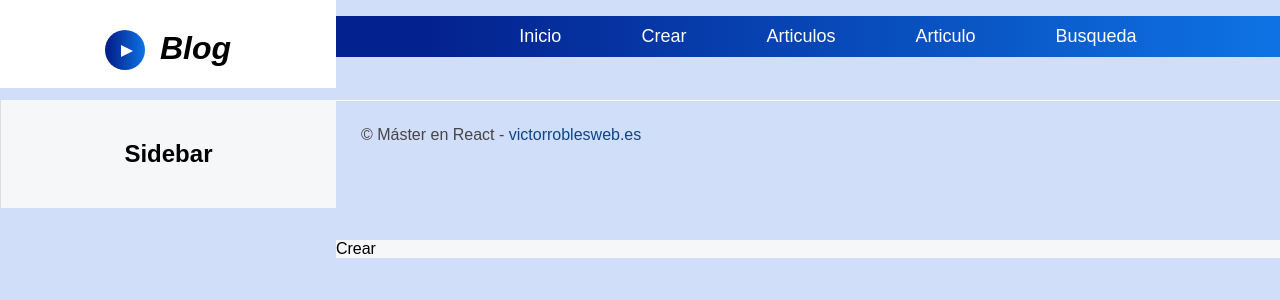
Repository: DamianBermudez94/frondEnd-blog
Page: /crear
An editor plug-in stored every save of this project. The page is shown before and after the next save, followed by the edit.
The browser window is 1280 px wide. The pictures show the whole page.
The project was rebuilt for these pictures with package versions that can differ from the ones it lists, and the page was loaded fresh each time. Also part of the build but not shown: vite.config.js, src/components/pages/Inicio.jsx, src/components/pages/Busqueda.jsx, src/components/pages/Articulos.jsx, src/components/pages/Articulo.jsx.

Above is the page before, as saved 2023-08-07 22:31:23.

### index.html
<!doctype html>
<html lang="es">
  <head>
    <meta charset="UTF-8" />
    <link rel="icon" type="image/svg+xml" href="/vite.svg" />
    <meta name="viewport" content="width=device-width, initial-scale=1.0" />
    <title>Proyecto-blog</title>
  </head>
  <body>
    <div id="root"></div>
    <script type="module" src="/src/main.jsx"></script>
  </body>
</html>

### src/main.jsx

import ReactDOM from 'react-dom/client'
import App from './App.jsx'
import './index.css'

ReactDOM.createRoot(document.getElementById('root')).render(

    <App />

)

### src/App.jsx
import { Rutas } from "./router/rutas"



function App() {


  return (
    <div className="layout">
      <Rutas></Rutas>
    </div>
  )
}

export default App

### src/index.css
/*:root {
  font-family: Inter, system-ui, Avenir, Helvetica, Arial, sans-serif;
  line-height: 1.5;
  font-weight: 400;

  color-scheme: light dark;
  color: rgba(255, 255, 255, 0.87);
  background-color: #242424;

  font-synthesis: none;
  text-rendering: optimizeLegibility;
  -webkit-font-smoothing: antialiased;
  -moz-osx-font-smoothing: grayscale;
  -webkit-text-size-adjust: 100%;
}

a {
  font-weight: 500;
  color: #646cff;
  text-decoration: inherit;
}
a:hover {
  color: #535bf2;
}

body {
  margin: 0;
  display: flex;
  place-items: center;
  min-width: 320px;
  min-height: 100vh;
}

h1 {
  font-size: 3.2em;
  line-height: 1.1;
}

button {
  border-radius: 8px;
  border: 1px solid transparent;
  padding: 0.6em 1.2em;
  font-size: 1em;
  font-weight: 500;
  font-family: inherit;
  background-color: #1a1a1a;
  cursor: pointer;
  transition: border-color 0.25s;
}
button:hover {
  border-color: #000bdb;
}
button:focus,
button:focus-visible {
  outline: 4px auto -webkit-focus-ring-color;
}

@media (prefers-color-scheme: light) {
  :root {
    color: #213547;
    background-color: #ffffff;
  }
  a:hover {
    color: #000dff;
  }
  button {
    background-color: #f9f9f9;
  }
}*/


/*ESTILOS GENERALES*/

body{
  background: #d1defa;
  font-family: sans-serif, Arial, Helvetica;
  text-align: center;
  padding: 0px;
  margin: 0px;
  box-sizing: border-box;


.layout{


  display: grid;
  grid-template-areas:
      "header header header header"
      "nav nav nav nav"
      "content content content lateral lateral"
      "footer footer footer footer"
  ;
  grid-template-rows: 100px 70px auto 70px;
}

/*ESTILOS CABECERA*/

.header{
  grid-area: header;

  background: white;
  text-align: left;
  font-style: italic;

  display: flex;
  justify-content: center;
}

.logo{
  background: linear-gradient(90deg, #03228f 10%, #0e73e4 100%);
  width: 40px;
  height: 40px;
  border-radius: 300px;
  margin-top: 30px;
}

.play{
  width: 0;
  height: 0;
  margin-top: 15px;
  margin-left: 16px;
  border-left: 12px solid white;
  border-top: 6px solid transparent;
  border-bottom: 6px solid transparent;
}

.header h1{
  margin-left: 15px;
  margin-top: 30px;
}

/*ESTILOS DE LA BARRA DE NAVEGACIÓN*/

.nav{
  grid-area: nav;
  background: linear-gradient(90deg, #03228f 10%, #0e73e4 100%);
}

.nav > ul {
  display: flex;
  justify-content: center;
  align-items: center;
  list-style: none;
}

.nav li{
  padding: 10px;
}

.nav a {
  display: block;
  margin-left: 30px;
  margin-right: 30px;
  font-size: 18px;
  font-weight: lighter;
  color: white;
  text-decoration: none;
  transition: all 300ms;
}

.nav a:hover{
  transform: scale(1.1, 1.1);
}

/*ESTILOS PARA EL CONTENIDO PRINCIPAL*/

.content{
  grid-area: content;
  background: #f6f7f9;
  display: flex;
  flex-flow: row wrap;
  justify-content: flex-start;
  align-items: flex-start;
  flex-grow: 1;
}

.articulo-item{
  flex-grow: 1;
  background: white;
  border-radius: 10px;
  box-shadow: 0px 0px 6px #ddd;
  margin: 20px;
  padding-top: 60px;
  padding-bottom: 60px;
  padding-left: 25px;
  padding-right: 25px;
}
.articulo-item .edit{
  margin-right: 7px;
}
button,
input[type="submit"],
input[type="button"]{
  width: 100px;
  background: #0b70e1;
  color: white;
  border: 0;
  outline: 0;
  padding:15px;
  border-radius: 3px;
  margin-top:15px;
  text-transform: capitalize;
  font-size: 16px;
  font-weight: 500;
  cursor: pointer;
  transition: all 300ms;
}

.articulo-item .edit:hover{
  background: #e77b00;
}

.articulo-item .delete:hover{
  background: #9b0202;
}

/*ESTILOS BARRA LATERAL*/

.lateral{
  grid-area: lateral;
  background: #f6f7f9;
  border-left: 1px solid #ddd;
  padding: 20px;
}

.lateral > div{
  box-sizing: border-box;
  width: 90%;
  margin: 20px;
  padding: 20px;
  padding-top: 10px;
  background: white;
  border-radius: 10px;
  box-shadow: 0px 0px 6px #ddd;
}

.lateral input[type="text"],
.lateral input[type="text"],
.lateral textarea,
.edit_form input[type="text"],
.edit_form input[type="text"],
.edit_form textarea
{
  display: block;
  margin: 0 auto;
  margin-top: 15px;
  padding: 12px;
  border-radius: 5px;
  background: #f6f7f9;
  color: #454545;
  width: 80%;
  max-width: 250px;
  min-width: 250px;
  min-height: 30px;
  max-height: 250px;
  opacity: 4;
  outline: 0;
  border-color: transparent;
}
.no-encontrado{
  color: #9b0202;
}
.edit_form{
  border-top: 1px solid #ddd;
  margin-top: 10px;
}

/*ESTILOS PARA EL PIE DE PÁGINA*/
.footer{
  grid-area: footer;

  background: #d1defa;
  color: #454545;
  border-top: 1px solid white;
  text-align: left;
  line-height: 68px;
  padding-left: 25px;
}

.footer a{
  color: #0b468a;
  text-decoration: none;
}

@media (max-width: 1085px){
  .content {
      flex-flow: column wrap;
      justify-content: center;
      align-items: center;
  }

  .articulo-item{
      width: 80%;
  }
}

### src/router/rutas.jsx
import React from "react";
import { BrowserRouter, Routes, Route, Navigate } from "react-router-dom";
import { Inicio } from "../components/pages/Inicio";
import { Busqueda } from "../components/pages/Busqueda";
import { Crear } from "../components/pages/Crear";
import Articulos from "../components/pages/Articulos";
import { Articulo } from "../components/pages/Articulo";
import { Header } from "../components/layout/Header";
import { Nav } from "../components/layout/Nav";
import { Footer } from "../components/layout/Footer";
import { Sidebar } from "../components/layout/Sidebar";


export const Rutas = ()=>{

    return(
        <BrowserRouter>
            {/*Layout*/}
            <Header></Header>
            <Nav></Nav>
            {/*Contenido principal y rutas*/}
            <section id="content" className="content">
                <Routes>
                    <Route path="/" element={<Inicio/>}/>
                    <Route path="/inicio" element={<Inicio/>}/>
                    <Route path="/busqueda" element={<Busqueda/>}/>
                    <Route path="/crear" element={<Crear/>}/>
                    <Route path="/articulos" element={<Articulos/>}/>
                    <Route path="/articulo" element={<Articulo/>}/>
                </Routes>
            </section>
            <Sidebar/>
            <Footer></Footer>
        </BrowserRouter>
    )

}

### src/components/pages/Crear.jsx
import React from 'react'

export const Crear = () => {
  return (
    <div>Crear</div>
  )
}

### src/components/layout/Header.jsx
import React from 'react'

export const Header = () => {
  return (
    <div>
         <header className="header">
            <div className="logo">
                <div className="play"></div>
            </div>

            <h1>Blog</h1>
        </header>
    </div>
  )
}

### src/components/layout/Nav.jsx
import React from 'react'
import { NavLink } from 'react-router-dom'

export const Nav = () => {
  return (
    <div>
           <nav className="nav">
            <ul>
                <li><NavLink to="/#">Inicio</NavLink></li>
                <li><NavLink to="/crear">Crear</NavLink></li>
                <li><NavLink to="/articulos">Articulos</NavLink></li>
                <li><NavLink to="/articulo">Articulo</NavLink></li>
                <li><NavLink to="/busqueda">Busqueda</NavLink></li>

            </ul>
        </nav>
    </div>
  )
}

### src/components/layout/Footer.jsx
import React from 'react'

export const Footer = () => {
  return (
    <div>
         <footer className="footer">
            &copy; Máster en React - <a href="https://victorroblesweb.es">victorroblesweb.es</a>
        </footer>
    </div>
  )
}

### src/components/layout/Sidebar.jsx
import React from 'react'

export const Sidebar = () => {
  return (
    <div>
           {/*Barra lateral*/}
           <aside className="lateral">

            <h1>Sidebar</h1>

        </aside>
    </div>
  )
}

After the next save:
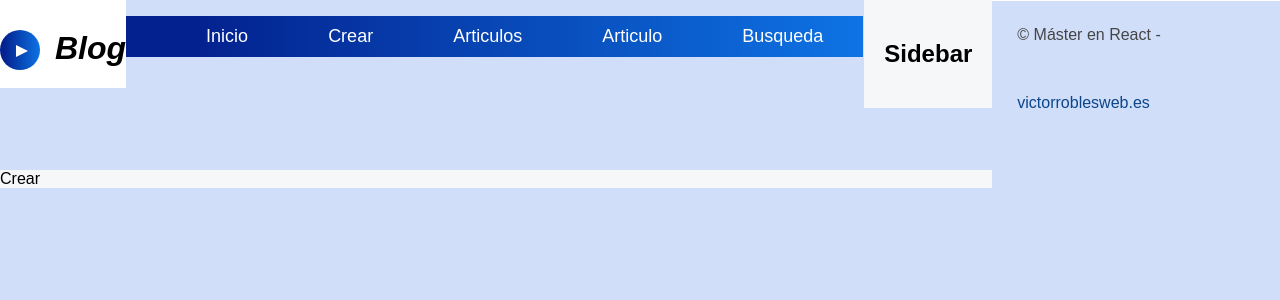
Saved 5 s later.
--- a/src/index.css
+++ b/src/index.css
@@ -87,7 +87,7 @@
   grid-template-areas:
       "header header header header"
       "nav nav nav nav"
-      "content content content lateral lateral"
+      "content content content lateral"
       "footer footer footer footer"
   ;
   grid-template-rows: 100px 70px auto 70px;

After the save that followed:
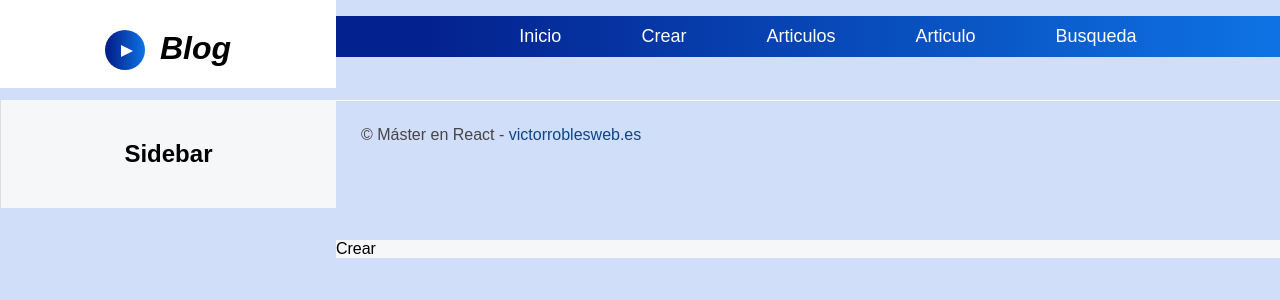
Saved 10 s later.
--- a/src/index.css
+++ b/src/index.css
@@ -84,12 +84,7 @@
 
 
   display: grid;
-  grid-template-areas:
-      "header header header header"
-      "nav nav nav nav"
-      "content content content lateral"
-      "footer footer footer footer"
-  ;
+
   grid-template-rows: 100px 70px auto 70px;
 }
 
